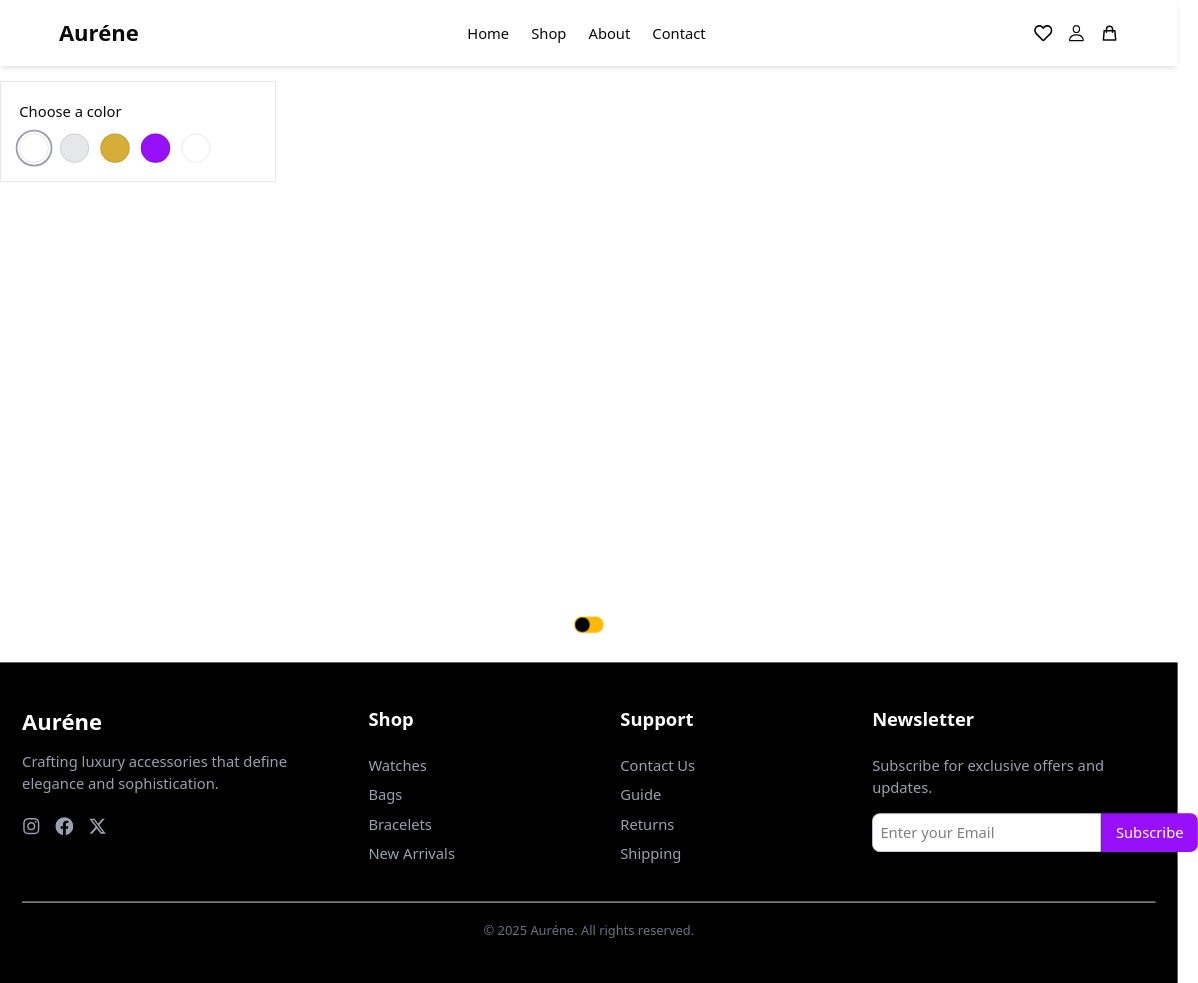
Repository: oehab30/Aur-ne-e-commerce-
Page: /Wishlist
The author's editor kept a copy of each file at every save. The page is drawn from the files as they stood at one save, then again after the next save.
The browser window is 1280 px wide. The page is 1302 px wide, so the pictures cover 1302 px, including what lies to the right of the window. The pictures show the whole page, at 92% of full size.
The project was rebuilt for these pictures with package versions that can differ from the ones it lists, and the page was loaded fresh each time. Also part of the build but not shown: src/components/home-page/Hero.tsx, src/components/home-page/Hotoffers.tsx, src/components/home-page/Dontmiss.tsx, src/components/home-page/Featuredcollection.tsx, src/components/home-page/BestSellers.tsx, src/components/home-page/Summercollection.tsx, src/pages/Home.tsx, src/components/common/Categories.tsx and 7 more.

Above is the page before, as saved 2025-11-26 18:57:10.

After the next save:
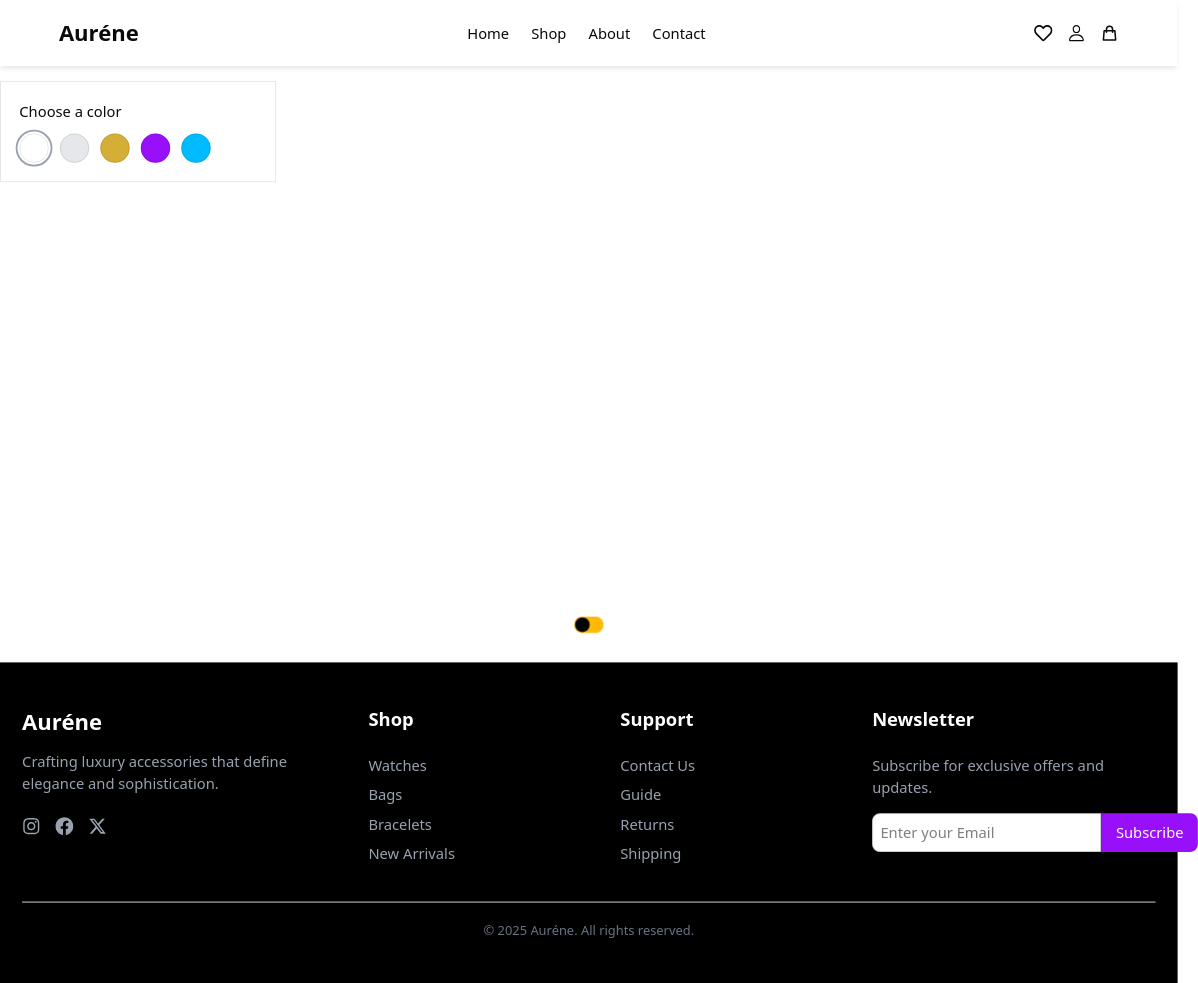
Saved 82 s later.
--- a/src/components/Shop-page/color.tsx
+++ b/src/components/Shop-page/color.tsx
@@ -8,7 +8,7 @@ function Color() {
       { id: 'gray', name: 'Gray', classes: 'bg-gray-200 checked:outline-gray-400' },
       { id: 'black', name: 'Black', classes: 'bg-[var(--main)] checked:outline-gray-900' },
       { id: 'black', name: 'Black', classes: 'bg-purple-600 checked:outline-gray-900' },
-      { id: 'black', name: 'Black', classes: 'bg-blue checked:outline-gray-900' },
+      { id: 'black', name: 'Black', classes: 'bg-sky-400 checked:outline-gray-900' },
     ],
   };
 
